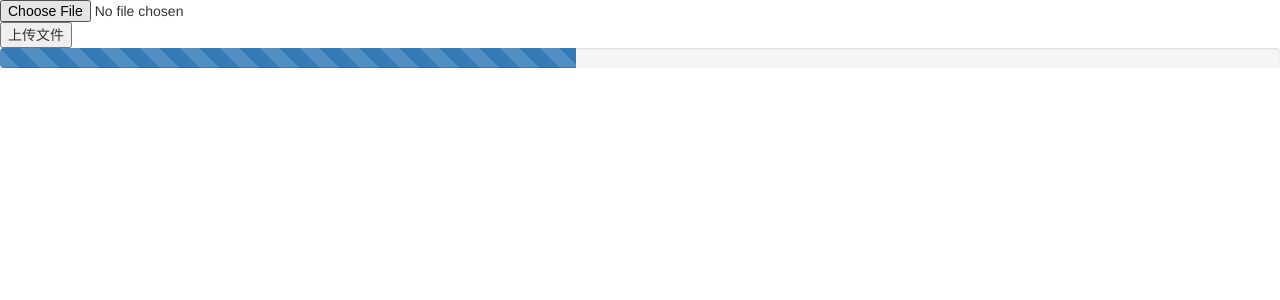
Repository: R1Deemo/ajax
Page: 计算文件的上传进度.html
The author's editor kept a copy of each file at every save. The page is drawn from the files as they stood at one save, then again after the next save.
The browser window is 1280 px wide. The pictures show the whole page.

Above is the page before, as saved 2022-10-27 11:32:19.

After the next save:
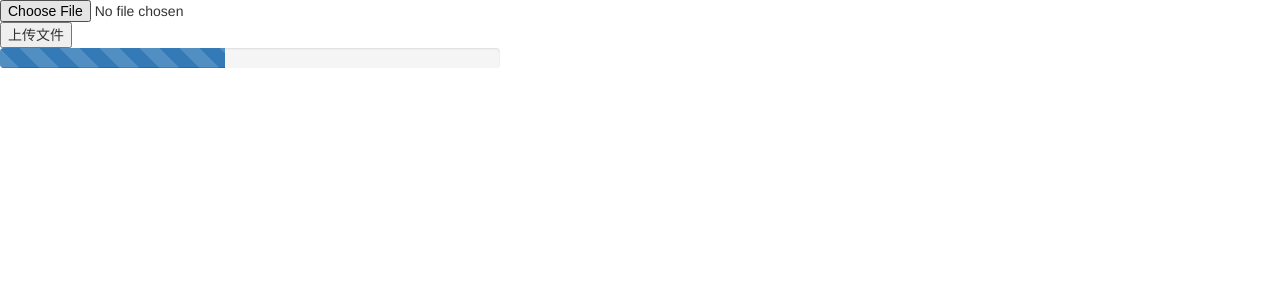
Saved 56 s later.
--- a/计算文件的上传进度.html
+++ b/计算文件的上传进度.html
@@ -14,7 +14,7 @@
     <button id="btnUpload">上传文件</button>
 
     <!-- bootstrap中的进度条 -->
-    <div class="progress">
+    <div class="progress" style="width:500px">
         <div class="progress-bar progress-bar-striped active" role="progressbar" aria-valuenow="45" aria-valuemin="0" aria-valuemax="100" style="width: 45%">
             <span class="sr-only">45% Complete</span>
         </div>
